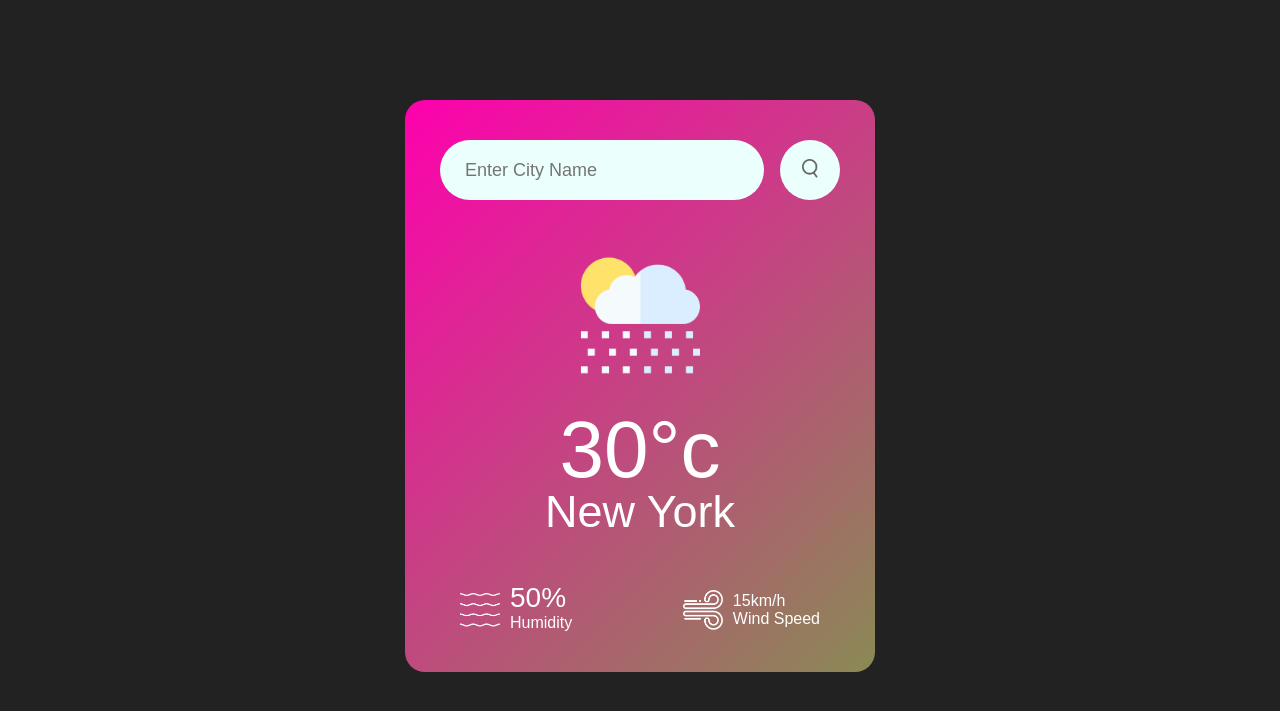
Repository: dubeprince/WeatherApp-Project
Page: WeatherApp/index.html
These files come from the project's save history. The page is drawn as it stood at one moment and after the next save; the edit follows.
The browser window is 1280 px wide. The pictures show the whole page.

Above is the page before, as saved 2023-05-26 11:32:45.

### WeatherApp/index.html
<!DOCTYPE html>
<html lang="en">
<head>
    <meta charset="UTF-8">
    <meta http-equiv="X-UA-Compatible" content="IE=edge">
    <meta name="viewport" content="width=device-width, initial-scale=1.0">
    <title>Weather App</title>
    <link rel = "stylesheet" href = "style.css">
</head>
<body>

    <div class="card">
        <div class="search">
            <input type="text" placeholder="Enter City Name" spellcheck="false">
            <button><img src="images/search.png" alt=""></button>
        </div>
        <div class="weather">
            <img src="images/rain.png" class="weather-icon">
            <h1 class="temp">30°c</h1>
            <h2 class="city">New York</h2>
            <div class="details">
                <div class="col">
                    <img src="images/humidity.png" >
                    <div>
                        <p class="humidity">50%</p>
                        <p>Humidity</p>
                    </div>
                </div>
                <div class="col">
                    <img src="images/wind.png" >
                    <div>
                        <p class="wind">15km/h</p>
                        <p>Wind Speed</p>
                    </div>
                </div>
            </div>
        </div>
    </div>

</body>
</html>

### WeatherApp/style.css
*{
    margin : 0;
    padding: 0;
    font-family: 'Poppins', sans-serif;
    box-sizing: border-box;

}
body{
    background: #222;
}
.card{
    width: 90%;
    max-width: 470px;
    background: linear-gradient(135deg, #fe00ae, #898a54);
    color: #fff; /* white */
    margin: 100px auto 0;
    border-radius: 20px;
    padding: 40px 35px;
    text-align: center;

}
.search{
    width: 100%;
    display: flex;
    align-items: center;
    justify-content: space-between;
}
.search input{
    border: 0;
    outline: 0;
    background: #ebfffc;
    color: #555;
    padding: 10px 25px;
    height: 60px;
    border-radius: 30px;
    flex: 1;
    margin-right: 16px;
    font-size: 18px;
}
.search button{
    border: 0;
    outline: 0;
    border-radius: 50%;
    background: #ebfffc;
    width: 60px;
    height: 60px;
    cursor: pointer;

}
.search button img{
    width: 16px;

}
.weather-icon{
    width: 170px;
    margin-top: 30px;
}
.weather h1{
    font-size: 80px;
    font-weight: 500;
}
.weather h2{
    font-weight: 400;
    font-size: 45px;
    margin-top: -10px;
}
.details{
    display: flex;
    align-items: center;
    justify-content: space-between;
    padding: 0 20px;
    margin-top: 50px;
}
.col{
    display: flex;
    align-items: center;
    justify-content: space-between;
    text-align: left;
}
.col img{
    width: 40px;
    margin-right: 10px;
}
.humidity,.Wind{
    font-size: 28px;
    margin-top: -6px;
}

After the next save:
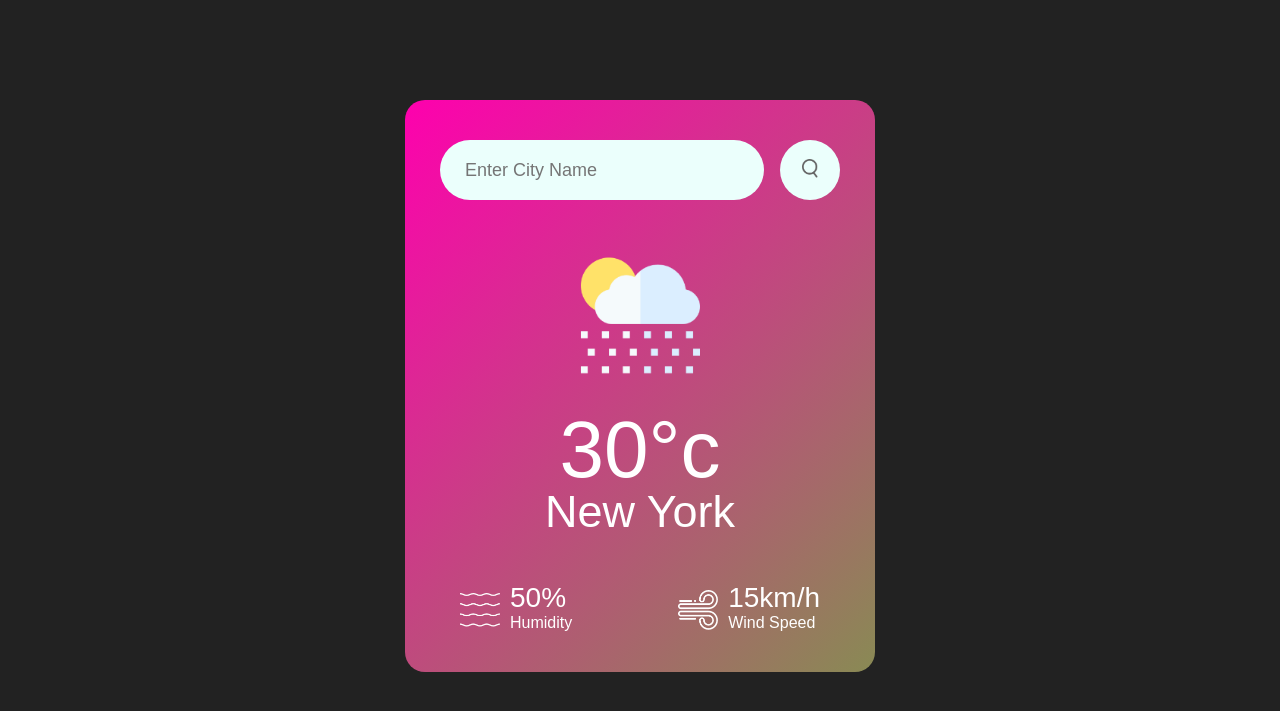
Saved 35 s later.
--- a/WeatherApp/style.css
+++ b/WeatherApp/style.css
@@ -81,7 +81,7 @@ body{
     width: 40px;
     margin-right: 10px;
 }
-.humidity,.Wind{
+.humidity,.wind{
     font-size: 28px;
     margin-top: -6px;
 }
